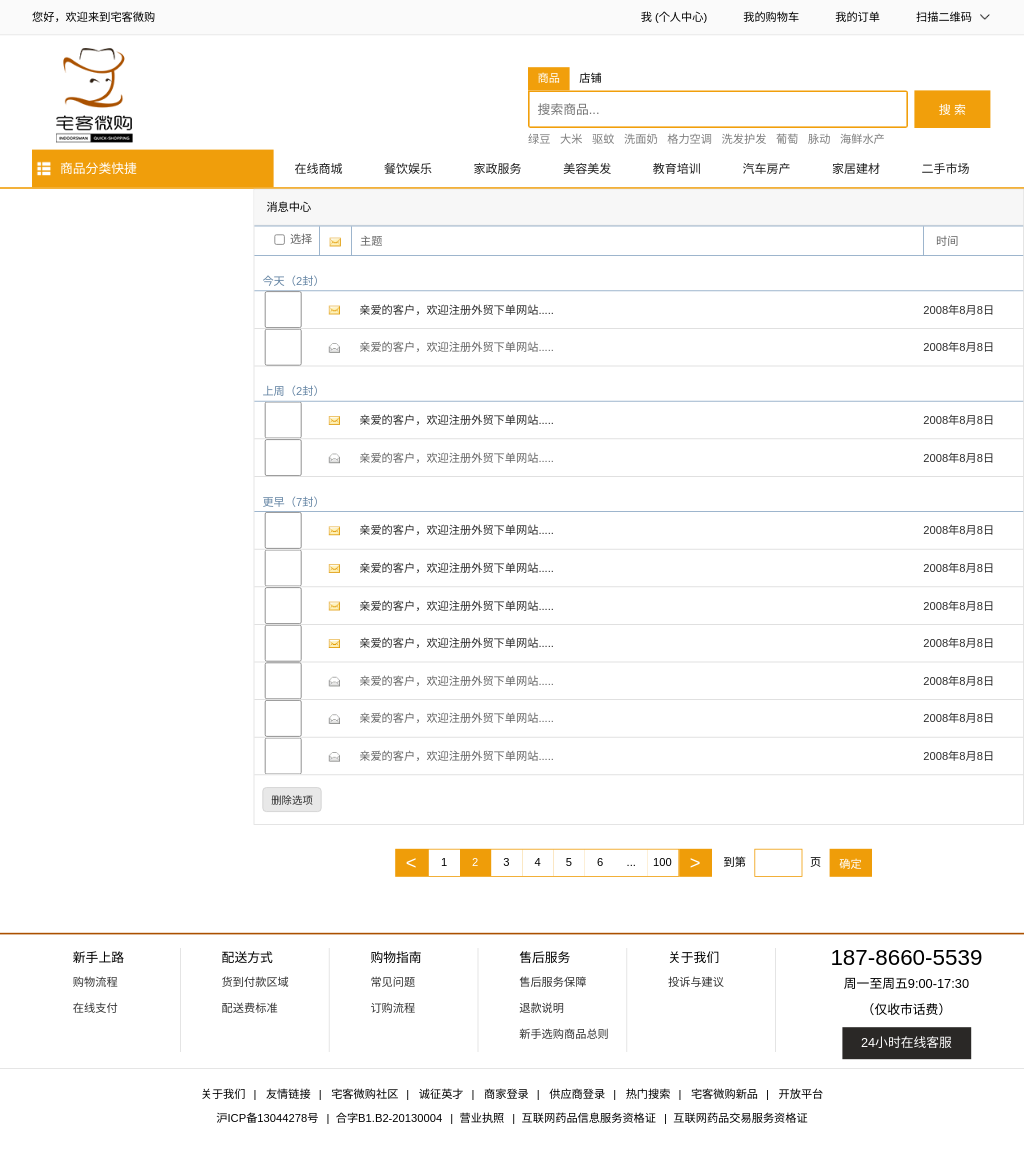
Repository: hucongting/MobliePhoneMall
Page: http://localhost/HelloMall/home/my_message.jsp
These files come from the project's save history. The page is drawn as it stood at one moment and after the next save; the edit follows.
The browser window is 1280 px wide. The pictures show the whole page, at 80% of full size.
The page is served by Tomcat 9. Nobody is signed in. The application's start-up code is not run.

Above is the page before, as saved 2018-09-01 06:34:15.

After the next save:
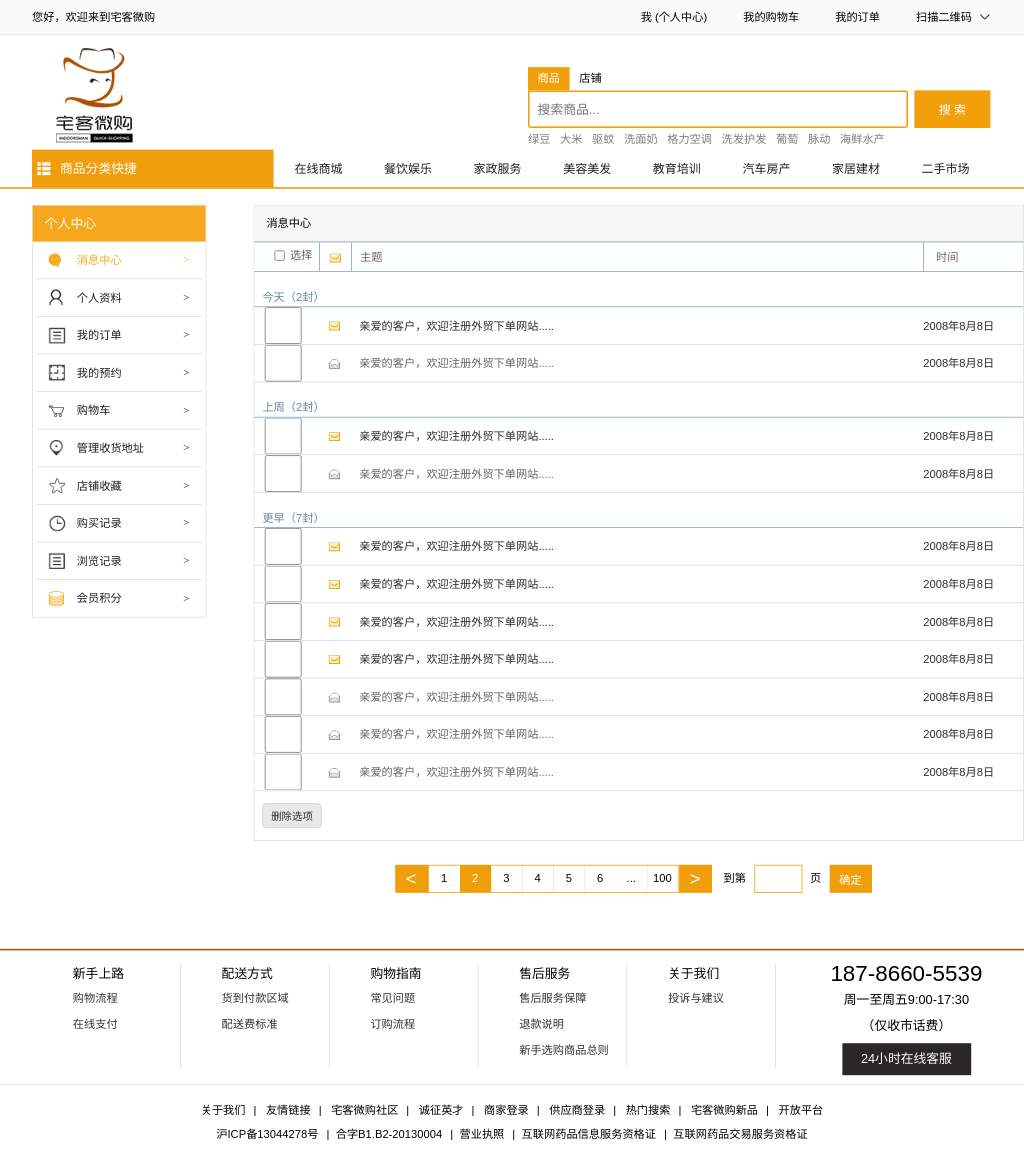
Saved 4 s later.
--- a/HelloMall/src/main/webapp/home/my_message.jsp
+++ b/HelloMall/src/main/webapp/home/my_message.jsp
@@ -14,6 +14,28 @@
 <body>
 
 	<jsp:include page="top.jsp"></jsp:include>
+
+        </div>
+        <!--内容开始-->
+    <div class="personal w1200">
+    	<div class="personal-left f-l">
+        	<div class="personal-l-tit">
+            	<h3>个人中心</h3>
+            </div>
+            <ul>
+            	<li class="current-li per-li1"><a href="my_message.html">消息中心<span>></span></a></li>
+            	<li class="per-li2"><a href="my_personal.html">个人资料<span>></span></a></li>
+            	<li class="per-li3"><a href="my_order.html">我的订单<span>></span></a></li>
+            	<li class="per-li4"><a href="my_make.html">我的预约<span>></span></a></li>
+            	<li class="per-li5"><a href="my_cart.html">购物车<span>></span></a></li>
+            	<li class="per-li6"><a href="my_address.html">管理收货地址<span>></span></a></li>
+            	<li class="per-li7"><a href="my_collection.html">店铺收藏<span>></span></a></li>
+            	<li class="per-li8"><a href="buyrecord.html">购买记录<span>></span></a></li>
+            	<li class="per-li9"><a href="lookrecored.html">浏览记录<span>></span></a></li>
+            	<li class="per-li10"><a href="vip_score.html">会员积分<span>></span></a></li>
+            </ul>
+        </div>
+    </div>
 
     	<div class="personal-r f-r">
         	<div class="personal-right">

After the save that followed:
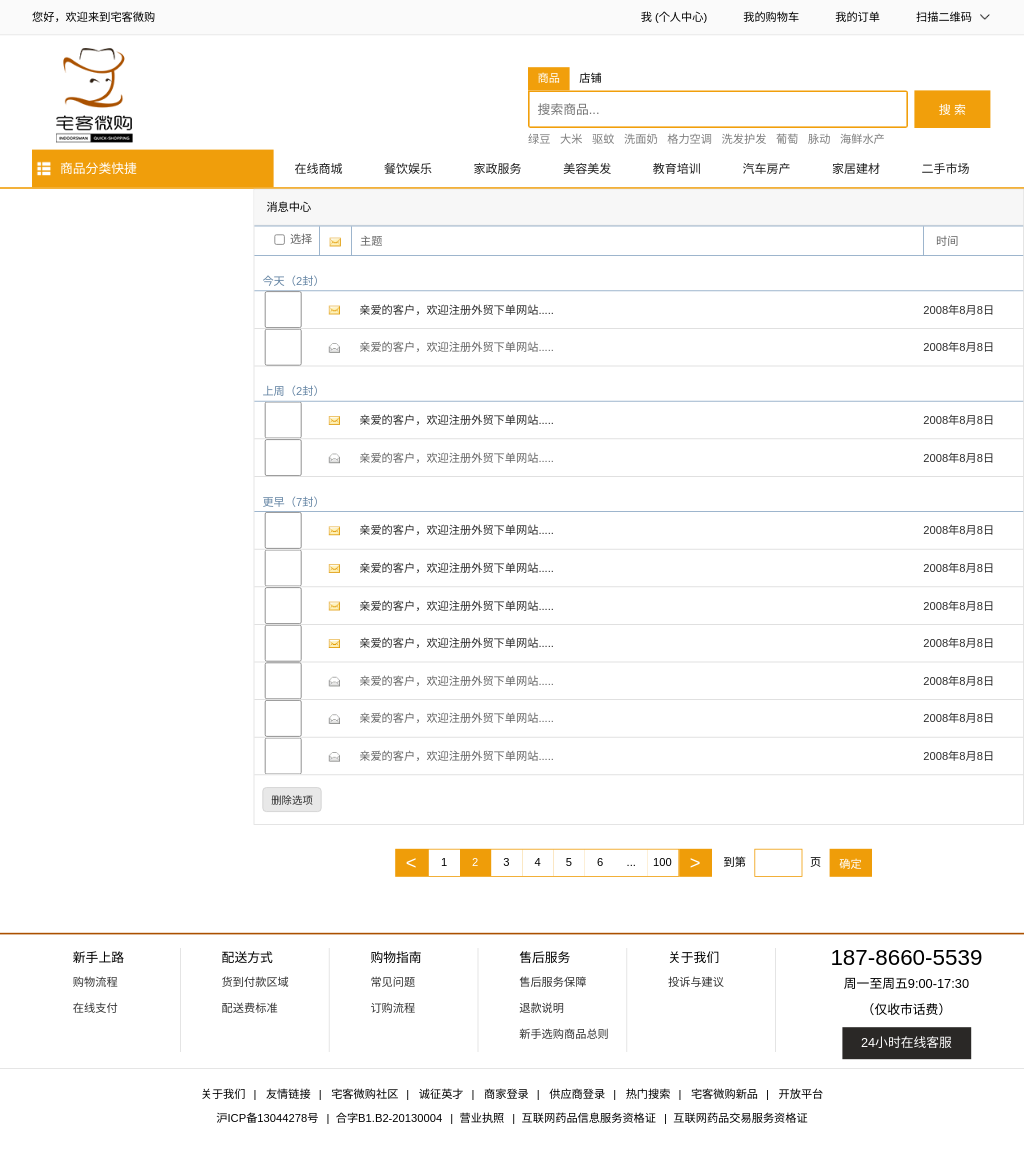
Saved 14 s later.
--- a/HelloMall/src/main/webapp/home/my_message.jsp
+++ b/HelloMall/src/main/webapp/home/my_message.jsp
@@ -16,26 +16,7 @@
 	<jsp:include page="top.jsp"></jsp:include>
 
         </div>
-        <!--内容开始-->
-    <div class="personal w1200">
-    	<div class="personal-left f-l">
-        	<div class="personal-l-tit">
-            	<h3>个人中心</h3>
-            </div>
-            <ul>
-            	<li class="current-li per-li1"><a href="my_message.html">消息中心<span>></span></a></li>
-            	<li class="per-li2"><a href="my_personal.html">个人资料<span>></span></a></li>
-            	<li class="per-li3"><a href="my_order.html">我的订单<span>></span></a></li>
-            	<li class="per-li4"><a href="my_make.html">我的预约<span>></span></a></li>
-            	<li class="per-li5"><a href="my_cart.html">购物车<span>></span></a></li>
-            	<li class="per-li6"><a href="my_address.html">管理收货地址<span>></span></a></li>
-            	<li class="per-li7"><a href="my_collection.html">店铺收藏<span>></span></a></li>
-            	<li class="per-li8"><a href="buyrecord.html">购买记录<span>></span></a></li>
-            	<li class="per-li9"><a href="lookrecored.html">浏览记录<span>></span></a></li>
-            	<li class="per-li10"><a href="vip_score.html">会员积分<span>></span></a></li>
-            </ul>
-        </div>
-    </div>
+
 
     	<div class="personal-r f-r">
         	<div class="personal-right">
